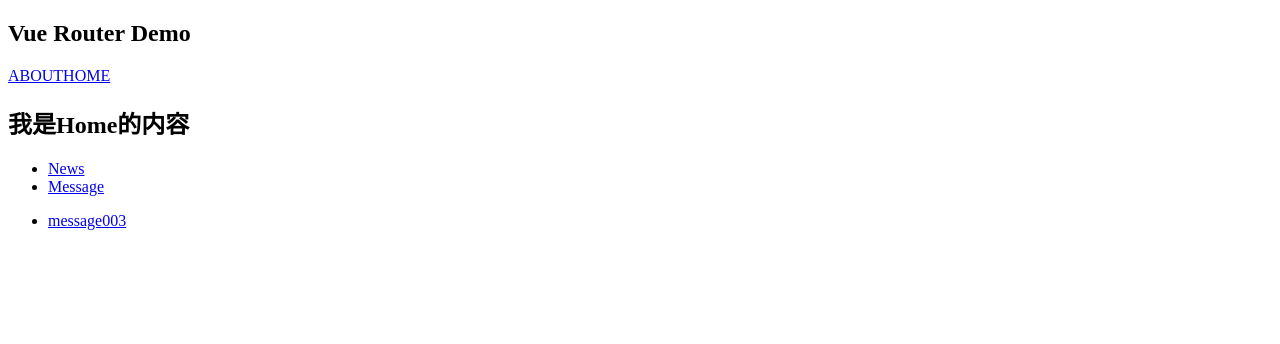
Repository: 13067902180/vue2.0study
Page: /#/home/message
An editor plug-in stored every save of this project. The page is shown before and after the next save, followed by the edit.
The browser window is 1280 px wide. The pictures show the whole page.
The project was rebuilt for these pictures with package versions that can differ from the ones it lists, and the page was loaded fresh each time. Also part of the build but not shown: vue.config.js, src/pages/About.vue, src/pages/News.vue.

Above is the page before, as saved 2023-03-03 16:08:17.

After the next save:
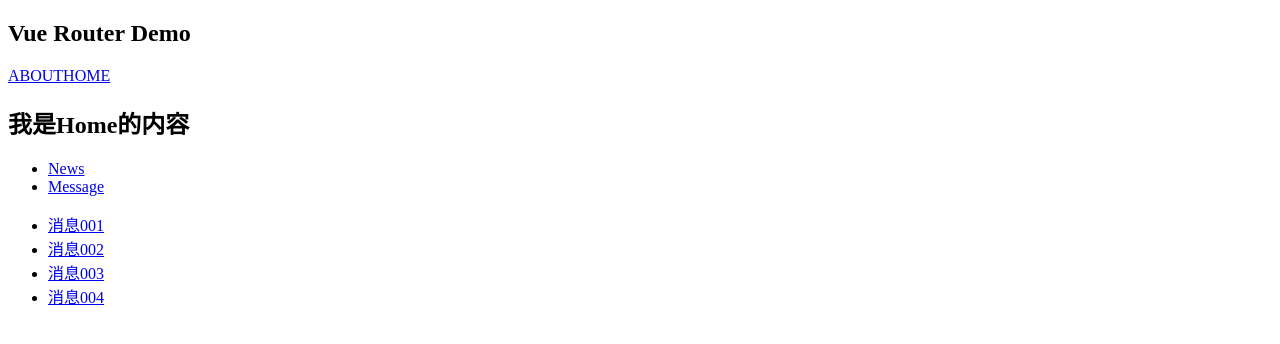
Saved 43 s later.
--- a/src/pages/Message.vue
+++ b/src/pages/Message.vue
@@ -1,7 +1,9 @@
 <template>
   <div>
     <ul>
-      <li><a href="/message3">message003</a></li>
+      <li v-for="m in messageList" :key="m.id">
+        <a href="/message3">{{ m.title }}</a>
+      </li>
     </ul>
   </div>
 </template>
